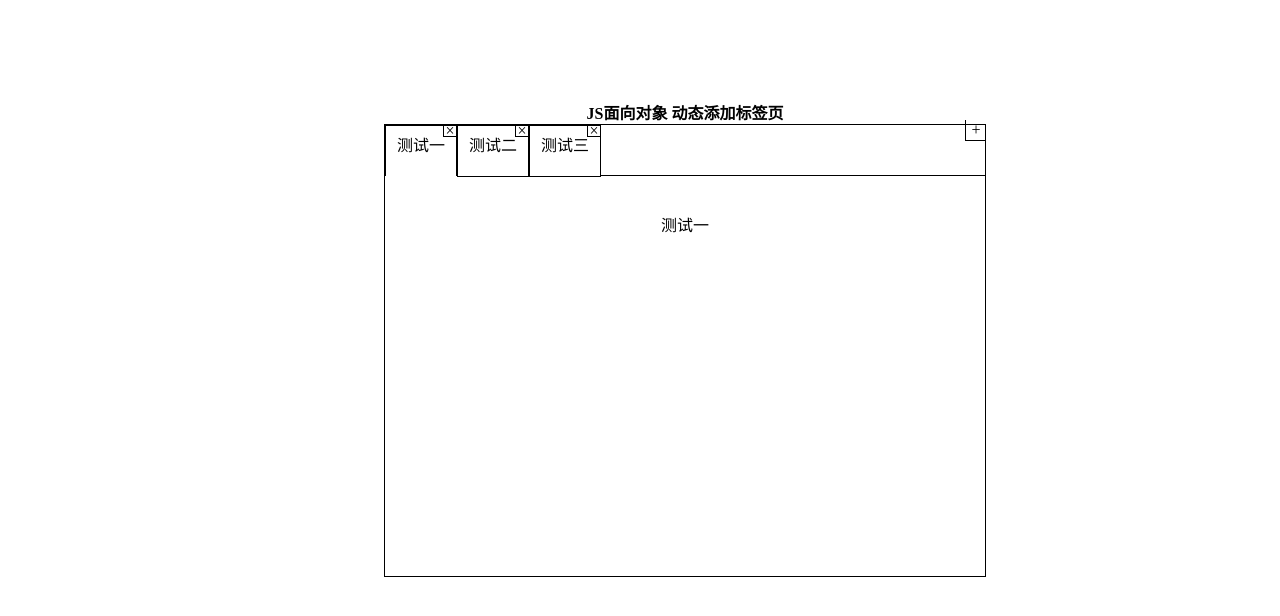
Repository: ldqml/project
Page: jsgaoji/tabqiehuan.html
The author's editor kept a copy of each file at every save. The page is drawn from the files as they stood at one save, then again after the next save.
The browser window is 1280 px wide. The pictures show the whole page.

Above is the page before, as saved 2022-07-15 01:03:20.

### jsgaoji/tabqiehuan.html
<!DOCTYPE html>
<html lang="en">
<head>
    <meta charset="UTF-8">
    <meta http-equiv="X-UA-Compatible" content="IE=edge">
    <meta name="viewport" content="width=device-width, initial-scale=1.0">
    <title>Document</title>
    <style type="text/css">
        *{
            margin: 0;
            padding: 0;

        }
        main{
            position:absolute;
            top:100px;
            left: 30%;
        }
        .navb{
            width: 600px;
            height: 50px;
            border: 1px solid;
        }
        ul{
            list-style-type: none;
            padding:0;
            margin: 0;
            overflow: hidden;
        }
        li{
            position:relative;
            width: 70px;
            height: 50.1px;
            text-align: center;
            line-height: 40px;
            border: 1px solid;
            float:left;
            background-color:white;
        }
        h4{
            text-align: center;
        }
        .jia{
            position:absolute;
            width: 20px;
            height: 20px;
            top: 20px;
            right: 0px;
            text-align: center;
            line-height: 20px;
            border-left: 1px solid;
            border-bottom: 1px solid;
        }
        .iconfont{
            position: absolute;
            top: 0px;
            right: 0px;
            width: 12px;
            height: 10px;
            text-align: center;
            line-height: 9px;
            border-left: 1px solid;
            border-bottom: 1px solid;
        }
        .neir{
            width: 600px;
            height: 400px;
            text-align: center;
            line-height: 100px;
            border-left: 1px solid;
            border-bottom: 1px solid;
            border-right: 1px solid;
        }
        section{
            width: 600px;
            height: 100px;
            float: left;
            display: none;
        }
        .conactive{
            display: block;
        }
        .liactive{
            border-bottom: none;
        }
    </style>
</head>
<body>
    <main>
        <h4>JS面向对象 动态添加标签页</h4>
        <div class="tab-a" id="tab">
            <nav class="navb">
                <ul class="navs">
                    <li class="liactive"><span>测试一</span><span class="iconfont icon-guanbi">×</span></li>
                    <li><span>测试二</span><span class="iconfont icon-guanbi">×</span></li>
                    <li><span>测试三</span><span class="iconfont icon-guanbi">×</span></li>
                </ul>
                <div class="jia">
                    <span>+</span>
                </div>
            </nav>
            <div class="neir">
                <section class="conactive">测试一</section>
                <section>测试二</section>
                <section>测试三</section>
            </div>
        </div>
    </main>
    <script src="./js/tabqiehuan.js"></script>
</body>
</html>

### jsgaoji/js/tabqiehuan.js
var that;
class Tab{
    constructor(id){
        that=this;
        this.main=document.querySelector(id);
        this.lis=this.main.querySelectorAll('li');
        this.sections=this.main.querySelectorAll('section');
        this.init();
    }
    init(){
        for(var i=0;i<this.lis.length;i++){
            this.lis[i].index=i
            this.lis[i].onclick=this.togotab;
        }
    }

    togotab(){
        that.cleartab();
        this.className='liactive';
        that.sections[this.index].className='conactive';

    }
    cleartab(){
        for(var i=0;i<this.lis.length;i++){
            this.lis[i].className='';
            this.sections[i].className='';
        }
    }
    addtab(){
    }
    removetab(){
    }
    edittab(){
    }
}
new Tab('#tab');

After the next save:
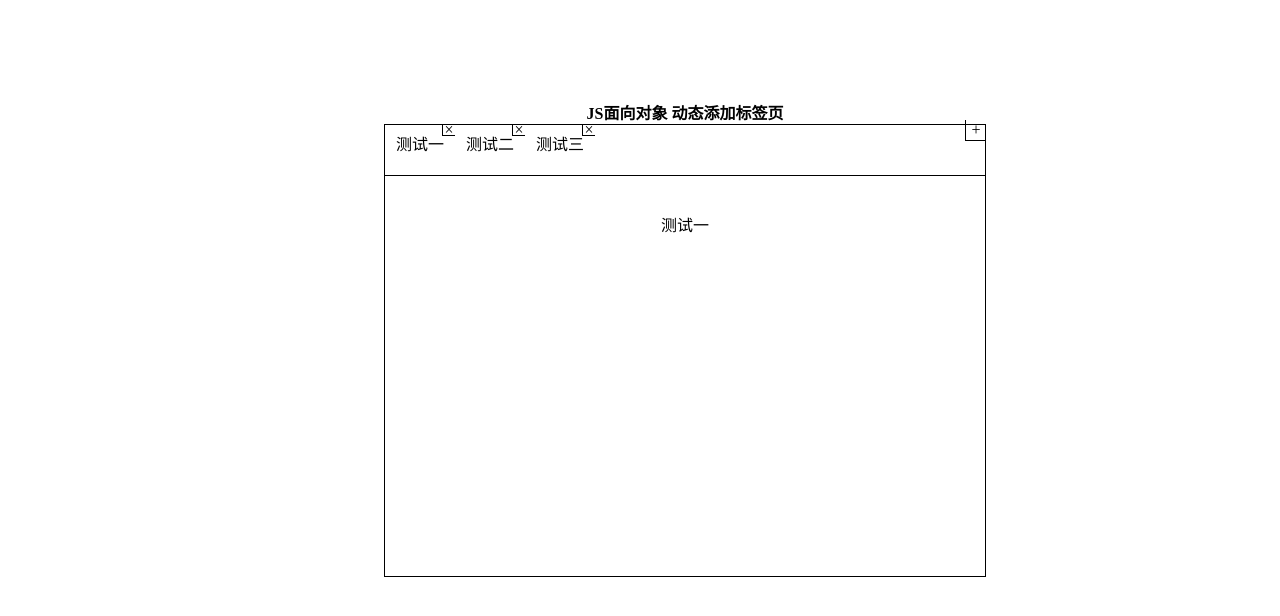
Saved 113 s later.
--- a/jsgaoji/tabqiehuan.html
+++ b/jsgaoji/tabqiehuan.html
@@ -33,7 +33,10 @@
             height: 50.1px;
             text-align: center;
             line-height: 40px;
-            border: 1px solid;
+            border-bottom: 1px;
+            border-right: 1px;
+            border-top: none;
+            border-left: none;
             float:left;
             background-color:white;
         }
